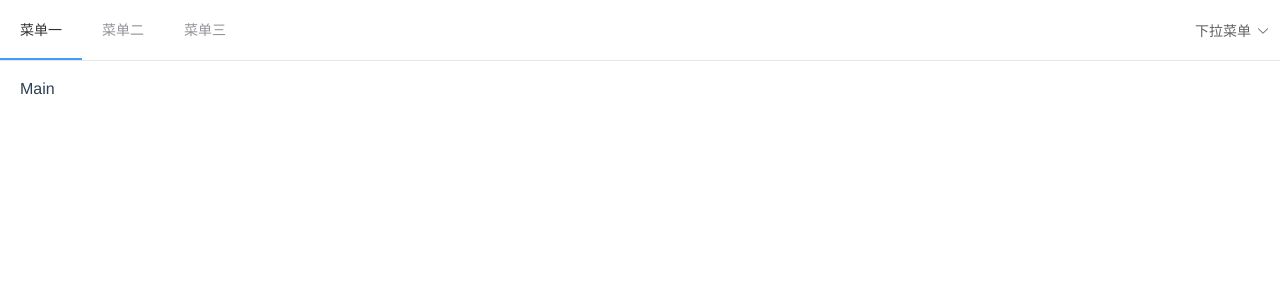
Repository: gaoxinke88888888/vue2-router-template
Page: /
These files come from the project's save history. The page is drawn as it stood at one moment and after the next save; the edit follows.
The browser window is 1280 px wide. The pictures show the whole page.
The project was rebuilt for these pictures with package versions that can differ from the ones it lists, and the page was loaded fresh each time. Also part of the build but not shown: vue.config.js.

Above is the page before, as saved 2022-04-01 11:23:17.

After the next save:
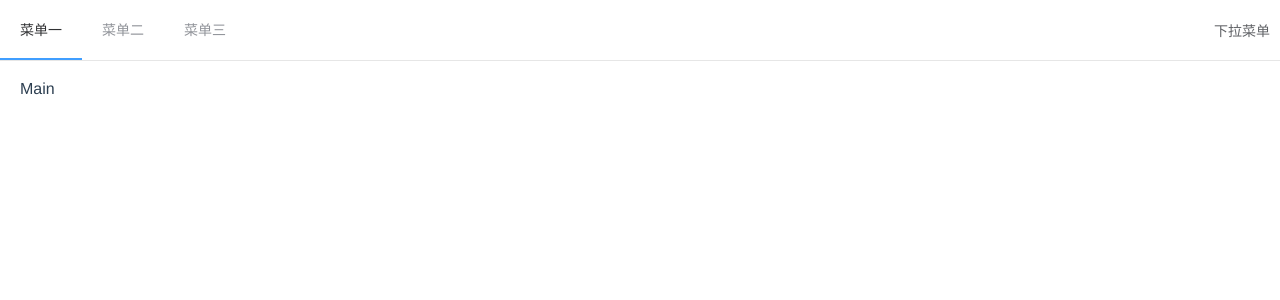
Saved 6 s later.
--- a/src/view/home.vue
+++ b/src/view/home.vue
@@ -8,7 +8,7 @@
           <el-menu-item index="3">菜单三</el-menu-item>
           <el-dropdown class="dropdown">
             <span class="el-dropdown-link">
-              下拉菜单<i class="el-icon-arrow-down el-icon--right"></i>
+              下拉菜单
             </span>
             <el-dropdown-menu slot="dropdown">
               <el-dropdown-item>黄金糕</el-dropdown-item>
